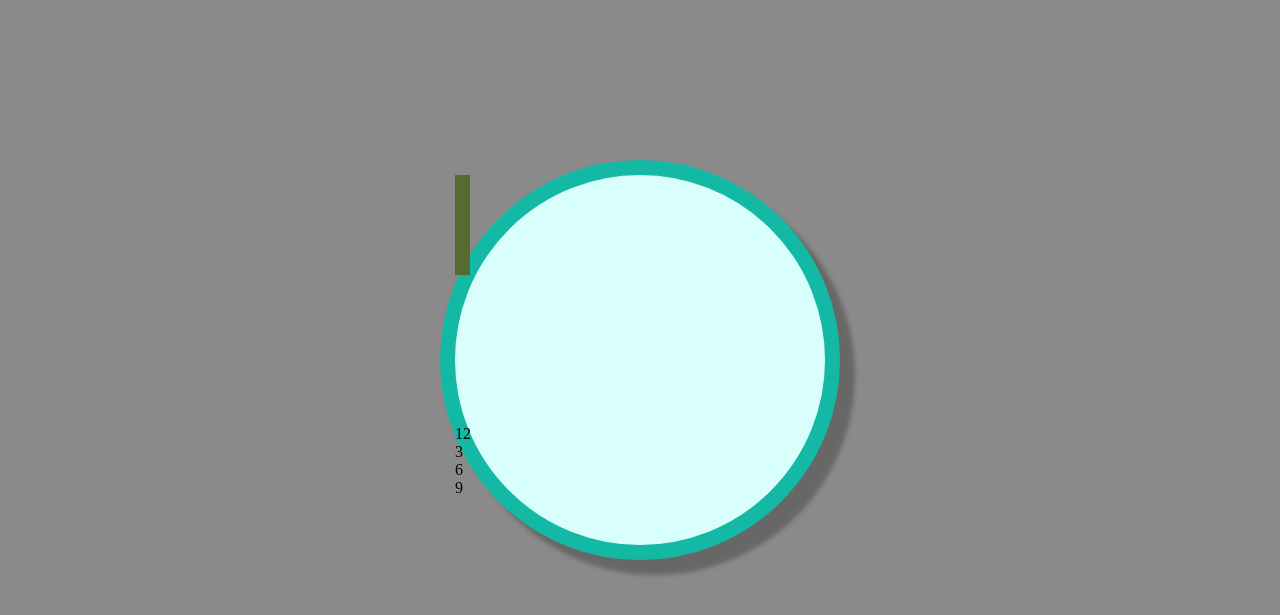
Repository: ChenWarren/web-clock
Page: index.html
The author's editor kept a copy of each file at every save. The page is drawn from the files as they stood at one save, then again after the next save.
The browser window is 1280 px wide. The pictures show the whole page.

Above is the page before, as saved 2021-03-18 20:51:15.

### index.html
<!DOCTYPE html>
<html lang="en">
<head>
    <meta charset="UTF-8">
    <meta http-equiv="X-UA-Compatible" content="IE=edge">
    <meta name="viewport" content="width=device-width, initial-scale=1.0">
    <link rel="stylesheet" href="main.css">
    <title>Clock</title>
</head>
<body>
    <main class="clock">
        <div class="hour"></div>
        <div class="minute"></div>
        <div class="second"></div>

        <div class="number">
            <div class="num_1">12</div>
        </div>
        <div class="number">
            <div class="num_3">3</div>
        </div>
        <div class="number">
            <div class="num_1">6</div>
        </div>
        <div class="number">
            <div class="num_1">9</div>
        </div>

        <div class="dot"></div>
        <div class="dot"></div>
        <div class="dot"></div>
        <div class="dot"></div>
        <div class="dot"></div>
        <div class="dot"></div>
        <div class="dot"></div>
        <div class="dot"></div>
    </main>

    <script src="clock.js"></script>

</body>
</html>

### main.css
* {
    margin: 0;
    padding: 0;
    box-sizing: border-box;
}

body {
    background-color: rgb(138, 138, 138);
    display: flex;
    justify-content: center;
    align-items: center;
    width: 100vw;
    height: 100vh;
    overflow: hidden;
}

.clock {
    width: 400px;
    height: 400px;
    border-radius: 50%;
    background: #d8fffb;
    border: 15px solid #14B9A5;
    box-sizing: border-box;
    box-shadow: 15px 15px 4px rgba(0, 0, 0, 0.25);
}

.hour {
    width: 15px;
    height: 100px;
    background-color: darkolivegreen;
}

.minute {
    width: 10px;
    height: 150px;
    background-color:;
}

Loaded but not shown: clock.js (no copy from this time; the picture is the same without it)

After the next save:
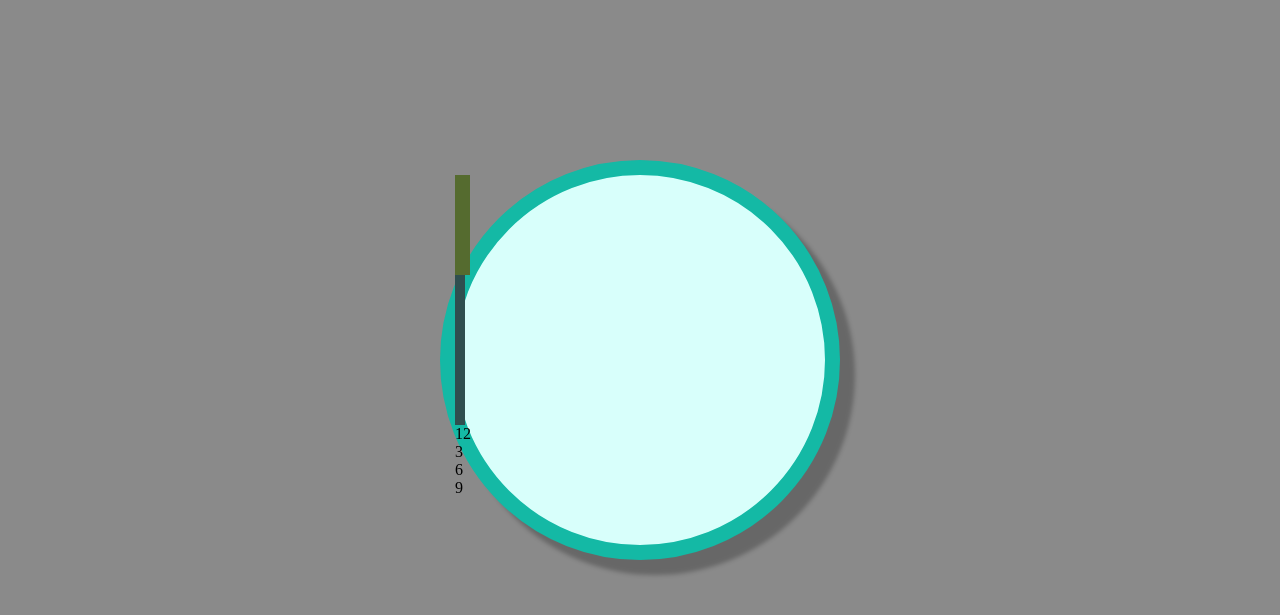
Saved 9 s later.
--- a/main.css
+++ b/main.css
@@ -33,5 +33,5 @@ body {
 .minute {
     width: 10px;
     height: 150px;
-    background-color:;
+    background-color:darkslategray;
 }
